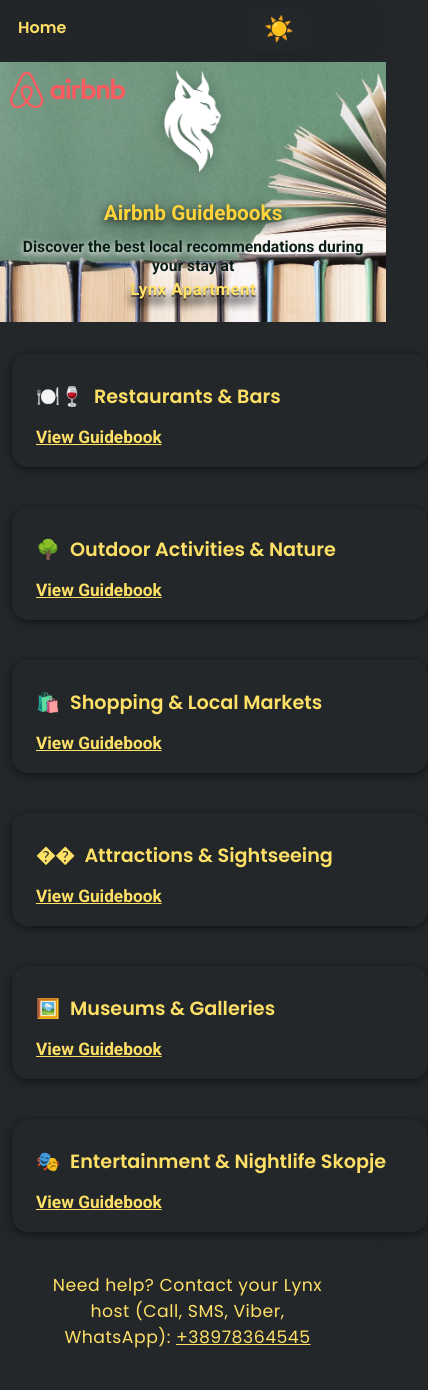
Repository: Z0ck0/Lynx-Apartment-Dashboard
Page: guidebooks.html
These files come from the project's save history. The page is drawn as it stood at one moment and after the next save; the edit follows.
The browser window is 375 px wide. The page is 428 px wide, so the pictures cover 428 px, including what lies to the right of the window. The pictures show the whole page.

Above is the page before, as saved 2025-07-02 13:07:49.

### guidebooks.html
<!DOCTYPE html>
<html lang="en">
  <head>
    <meta charset="UTF-8" />
    <title>Lynx Apartments – Guidebooks</title>
    <meta
      name="viewport"
      content="width=device-width, initial-scale=1.0"
    />
    <link
      href="https://fonts.googleapis.com/css?family=Roboto:400,700&display=swap"
      rel="stylesheet"
    />
    <link
      href="https://fonts.googleapis.com/css?family=Poppins:400,600&display=swap"
      rel="stylesheet"
    />
    <style>
      :root {
        --lynx-blue: #0078d7;
        --lynx-yellow: #ffe066;
        --lynx-bg: #f9f9f9;
        --lynx-dark: #23272a;
        --lynx-card: #fff;
        --lynx-shadow: 0 2px 8px
          rgba(0, 0, 0, 0.08);
        --nav-bg: rgba(30, 32, 34, 0.92);
        --nav-text: #fff;
        --nav-accent: #ffe066;
        --nav-shadow: 0 2px 8px
          rgba(0, 0, 0, 0.12);
        --nav-height: 62px;
        --nav-radius: 16px;
      }
      body {
        font-family: "Roboto", Arial, sans-serif;
        background: var(--lynx-bg);
        color: var(--lynx-dark);
        margin: 0;
        padding: 0;
        min-height: 100vh;
        box-sizing: border-box;
        padding-top: var(--nav-height);
      }
      .header {
        background: var(--lynx-card);
        box-shadow: var(--lynx-shadow);
        padding: 24px 0 12px 0;
        text-align: center;
      }
      .lynx-logo {
        width: 90px;
        margin-bottom: 8px;
      }
      .guidebooks-title {
        font-size: 2rem;
        font-weight: bold;
        color: var(--lynx-yellow);
        margin-top: 12px;
        margin-bottom: 8px;
      }
      .welcome {
        font-family: "Poppins", Arial, sans-serif;
        font-size: 1.25rem;
        font-weight: 600;
        margin-bottom: 6px;
        color: var(--lynx-blue);
      }
      .main-content {
        display: grid;
        grid-template-columns: repeat(3, 1fr);
        gap: 40px 80px;
        margin: 32px auto 0 auto;
        max-width: 1200px;
        padding: 0 12px;
        align-items: flex-start;
      }
      .card {
        background: var(--lynx-card);
        border-radius: 16px;
        box-shadow: var(--lynx-shadow);
        padding: 28px 24px 20px 24px;
        min-width: 320px;
        max-width: 400px;
        width: 100%;
        display: flex;
        flex-direction: column;
        align-items: flex-start;
        position: relative;
        margin-bottom: 0;
      }
      .card-title {
        font-family: "Poppins", Arial, sans-serif;
        font-size: 1.2rem;
        font-weight: 600;
        margin-bottom: 12px;
        display: flex;
        align-items: center;
        gap: 10px;
      }
      .guidebook-link {
        color: var(--lynx-blue);
        font-weight: bold;
        text-decoration: underline;
        font-size: 1.08rem;
        margin-top: 4px;
        transition: color 0.2s;
      }
      .guidebook-link:hover {
        color: var(--lynx-yellow);
      }
      .address-card {
        grid-column: 1 / -1;
        margin-bottom: 24px;
        background: var(--lynx-card);
        border-radius: 16px;
        box-shadow: var(--lynx-shadow);
        padding: 20px 20px 16px 20px;
        font-size: 1.08rem;
        color: var(--lynx-dark);
      }
      body.dark-mode .address-card {
        background: #23272a;
        color: #ffe066;
      }
      .address-text {
        margin-top: 6px;
        line-height: 1.5;
      }
      .footer {
        background: var(--lynx-dark);
        color: var(--lynx-yellow);
        text-align: center;
        padding: 40px 40px 40px 40px;
        font-size: 1.08rem;
        font-family: "Poppins", Arial, sans-serif;
        z-index: 100;
        box-shadow: 0 -2px 8px rgba(0, 0, 0, 0.08);
        letter-spacing: 0.5px;
      }
      #theme-toggle {
        position: absolute;
        top: 8px;
        right: 70px;
        font-size: 1.5rem;
        background: var(--lynx-card);
        color: #222;
        border: 1px solid #ccc;
        border-radius: 8px;
        padding: 6px 10px;
        cursor: pointer;
        z-index: 1000;
        transition: background 0.2s, color 0.2s;
      }
      body.dark-mode #theme-toggle {
        background: #23272a;
        color: #ffe066;
        border-color: #23272a;
      }
      #theme-toggle:hover {
        background: transparent;
      }
      @media (max-width: 900px) {
        .main-content {
          grid-template-columns: 1fr 1fr;
        }
      }
      @media (max-width: 600px) {
        .main-content {
          grid-template-columns: 1fr;
        }
        #theme-toggle {
        #theme-toggle {
          top: 4px;
          right: 34px;
        }
      }
      body.dark-mode {
        background: #23272a;
        color: #f3f3f3;
      }
      body.dark-mode .header,
      body.dark-mode .card {
        background: #23272a;
        color: #f3f3f3;
        box-shadow: 0 2px 8px rgba(0, 0, 0, 0.5);
      }
      body.dark-mode .footer {
        background: #23272a;
        color: #ffe066;
      }
      body.dark-mode .desc,
      body.dark-mode .card-title,
      body.dark-mode .welcome {
        color: #ffe066;
      }
      body.dark-mode .guidebook-link {
        color: #ffe066;
      }
      body.dark-mode .guidebook-link:hover {
        color: #0078d7;
      }
      .hero-section {
        width: 100vw;
        margin: 0;
        padding: 0;
        box-sizing: border-box;
      }
      .hero-bg-full {
        width: 100vw;
        height: 390px;
        margin: 0;
        background: url("public/Book-Banner.jpg")
          center center/cover no-repeat;
        position: relative;
        display: flex;
        align-items: center;
        justify-content: right;
      }
      .hero-overlay-full {
        width: 100vw;
        display: flex;
        flex-direction: column;
        align-items: center;
        justify-content: center;
        text-align: center;
        position: relative;
        z-index: 2;
        padding: 0 16px;
      }
      .hero-logo-full {
        width: 100px;
        margin-bottom: 18px;
        filter: drop-shadow(
          0 2px 8px rgba(0, 0, 0, 0.25)
        );
      }
      .hero-title {
        color: #ffd43b;
        font-size: 2.5rem;
        font-weight: bold;
        text-align: center;
        margin-bottom: 12px;
        text-shadow: 0 4px 12px rgba(0, 0, 0, 0.6),
          0 2px 6px rgba(0, 0, 0, 0.4);
      }
      .hero-subtitle {
        color: #0a1e17;
        font-size: 1.15rem;
        text-align: center;
        font-weight: 600;
        text-shadow: 0 3px 8px
            rgba(255, 255, 255, 0.8),
          0 1px 4px rgba(255, 255, 255, 0.6);
        max-width: 600px;
        margin: 0 auto;
      }
      @media (max-width: 1200px) {
        .hero-bg-full,
        .hero-overlay-full {
          width: 103vw;
        }
      }
      @media (max-width: 600px) {
        .hero-bg-full,
        .hero-overlay-full {
          height: 260px;
        }
        .hero-overlay-full {
          padding: 0 8px;
        }
        .hero-logo-full {
          width: 60px;
          margin-bottom: 10px;
        }
        .hero-title {
          font-size: 1.3rem;
        }
        .hero-subtitle {
          font-size: 0.98rem;
        }
      }
      .lynx-name-emphasized {
        font-size: 1.2rem;
        font-weight: 700;
        color: var(--lynx-yellow);
        margin-top: 4px;
        letter-spacing: 0.5px;
        text-align: center;
        text-shadow: 0 9px 9px rgba(0, 0, 0, 1.7),
          0 2px 1px rgba(0, 0, 0, 0.5);
      }

      @media (max-width: 600px) {
        .lynx-name-emphasized {
          font-size: 1.05rem;
        }
      }
      .airbnb-logo-hero {
        position: absolute;
        top: 24px;
        left: 32px;
        height: 54px;
        width: auto;
        z-index: 10;
        background: none;
        /* box-shadow: 0 2px 8px rgba(0, 0, 0, 0.1); */
      }
      @media (max-width: 600px) {
        .airbnb-logo-hero {
          top: 10px;
          left: 10px;
          height: 36px;
        }
      }
      .card:hover,
      .card:focus-within {
        box-shadow: 0 4px 24px 1px #ffe066cc !important;
        transition: box-shadow 0.18s;
      }
      .navbar {
        position: fixed;
        top: 0;
        left: 0;
        right: 0;
        height: var(--nav-height);
        background: var(--nav-bg);
        color: var(--nav-text);
        display: flex;
        align-items: center;
        justify-content: space-between;
        z-index: 1000;
        box-shadow: var(--nav-shadow);
        padding: 0 24px;
        backdrop-filter: blur(8px);
      }
      .nav-left {
        display: flex;
        align-items: center;
        gap: 18px;
      }
      .nav-logo {
        height: 38px;
        width: auto;
        margin-right: 8px;
      }
      .nav-home {
        background: none;
        border: none;
        color: var(--nav-accent);
        font-size: 1.1rem;
        font-weight: 700;
        font-family: "Poppins", Arial, sans-serif;
        cursor: pointer;
        padding: 6px 16px;
        border-radius: 8px;
        transition: background 0.18s, color 0.18s;
      }
      .nav-home:hover,
      .nav-home:focus {
        background: var(--nav-accent);
        color: #23272a;
        outline: none;
      }
      .nav-right {
        display: flex;
        align-items: center;
        gap: 12px;
      }
      .theme-toggle {
        background: #23272a;
        color: #ffe066;
        border: none;
        border-radius: 8px;
        font-size: 1.5rem;
        padding: 6px 10px;
        cursor: pointer;
        transition: background 0.18s, color 0.18s;
      }
      .theme-toggle:hover,
      .theme-toggle:focus {
        background: #ffe066;
        color: #23272a;
        outline: none;
      }
      @media (max-width: 600px) {
        .navbar {
          padding: 0 8px;
          height: 54px;
        }
        .nav-logo {
          height: 28px;
        }
        .nav-home {
          font-size: 1rem;
          padding: 4px 10px;
        }
        .theme-toggle {
          font-size: 1.2rem;
          padding: 4px 8px;
        }
      }
      body.dark-mode {
        background: #23272a;
        color: #ffe066;
      }
      body.dark-mode .navbar {
        background: rgba(35, 39, 42, 0.98);
        color: #ffe066;
      }
      body.dark-mode .nav-home {
        color: #ffe066;
      }
      body.dark-mode .nav-home:hover,
      body.dark-mode .nav-home:focus {
        background: #ffe066;
        color: #23272a;
      }
      body.dark-mode .theme-toggle {
        background: #ffe066;
        color: #23272a;
      }
      body.dark-mode .theme-toggle:hover,
      body.dark-mode .theme-toggle:focus {
        background: #23272a;
        color: #ffe066;
      }
    </style>
  </head>
  <body>
    <nav class="navbar">
      <div class="nav-left">
        <!-- <img src="public/logo-lynx.png" alt="Lynx Logo" class="nav-logo" /> -->
        <button
          class="nav-home"
          onclick="location.href='home.html'"
        >
          Home
        </button>
      </div>
      <div class="nav-right">
        <button
          class="theme-toggle"
          id="theme-toggle"
          aria-label="Toggle dark mode"
        >
          🌙
        </button>
      </div>
    </nav>
    <section class="hero-section">
      <div class="hero-bg-full">
        <a
          href="https://airbnb.com/h/lynx-apartment"
          target="_blank"
          rel="noopener"
          aria-label="Go to Lynx Apartment Airbnb page"
        >
          <img
            src="public/Airbnb_Logo.png"
            alt="Airbnb Logo"
            class="airbnb-logo-hero"
          />
        </a>
        <div class="hero-overlay-full">
          <img
            src="logo-lynx-dark.png"
            alt="Lynx Logo"
            class="hero-logo-full"
            id="hero-logo"
          />
          <h1 class="hero-title">
            Airbnb Guidebooks
          </h1>
          <p class="hero-subtitle">
            Discover the best local
            recommendations during your stay at
          </p>
          <p class="lynx-name-emphasized">
            Lynx Apartment
          </p>
        </div>
      </div>
    </section>
    <!-- <div class="header">
      <img
        src="logo-lynx.png"
        alt="Lynx Logo"
        class="lynx-logo"
        id="lynx-logo"
      />
      <div
        class="guidebooks-title text-4xl font-bold text-yellow-400 text-center"
        style="
          margin-top: 12px;
          margin-bottom: 8px;
        "
      >
        Lynx Apartment Guidebooks
      </div>
      <div
        class="welcome text-lg text-yellow-300 text-center"
        id="welcome-msg"
        style="margin-bottom: 6px"
      >
        Welcome to Lynx Apartment – Your comfort
        is our priority!
      </div>
    </div> -->
    <div class="main-content">
      <div class="card">
        <div class="card-title">
          <span class="icon">🍽️🍷</span
          >Restaurants & Bars
        </div>
        <a
          class="guidebook-link"
          href="https://www.airbnb.com/s/guidebooks?refinement_paths%5B%5D=%2Fguidebooks%2F6445854&s=67&unique_share_id=17f2527a-9d7d-4f70-a124-94ff42cbb9c2"
          target="_blank"
          >View Guidebook</a
        >
      </div>
      <div class="card">
        <div class="card-title">
          <span class="icon">🌳</span>Outdoor
          Activities & Nature
        </div>
        <a
          class="guidebook-link"
          href="https://www.airbnb.com/s/guidebooks?refinement_paths%5B%5D=%2Fguidebooks%2F6445888&s=67&unique_share_id=bfb07e6f-ed1f-4b67-86dc-74be5a45ed4d"
          target="_blank"
          >View Guidebook</a
        >
      </div>
      <div class="card">
        <div class="card-title">
          <span class="icon">🛍️</span>Shopping &
          Local Markets
        </div>
        <a
          class="guidebook-link"
          href="https://www.airbnb.com/s/guidebooks?refinement_paths%5B%5D=%2Fguidebooks%2F6445904&s=67&unique_share_id=f99bf10b-19ce-4f3c-a555-f81f0760bb7f"
          target="_blank"
          >View Guidebook</a
        >
      </div>
      <div class="card">
        <div class="card-title">
          <span class="icon">��️</span>Attractions
          & Sightseeing
        </div>
        <a
          class="guidebook-link"
          href="https://www.airbnb.com/s/guidebooks?refinement_paths%5B%5D=%2Fguidebooks%2F6445913&s=67&unique_share_id=a69aee32-a072-4f91-ae0d-86b038428fca"
          target="_blank"
          >View Guidebook</a
        >
      </div>
      <div class="card">
        <div class="card-title">
          <span class="icon">🖼️</span>Museums &
          Galleries
        </div>
        <a
          class="guidebook-link"
          href="https://www.airbnb.com/s/guidebooks?refinement_paths%5B%5D=%2Fguidebooks%2F6445919&s=67&unique_share_id=5c0d8f7f-7c7f-495b-ab18-3348941659f6"
          target="_blank"
          >View Guidebook</a
        >
      </div>
      <div class="card">
        <div class="card-title">
          <span class="icon">🎭</span
          >Entertainment & Nightlife Skopje
        </div>
        <a
          class="guidebook-link"
          href="https://www.airbnb.com/s/guidebooks?refinement_paths%5B%5D=%2Fguidebooks%2F6445924&s=67&unique_share_id=0c0fd1e8-504a-42f5-8388-f218fd7fce7e"
          target="_blank"
          >View Guidebook</a
        >
      </div>
    </div>
    <div class="footer" id="footer-contact">
      <span id="footer-msg"
        >Need help? Contact your Lynx host (Call,
        SMS, Viber, WhatsApp):
        <a
          href="tel:+38978364545"
          style="
            color: #ffe066;
            text-decoration: underline;
          "
          >+38978364545</a
        ></span
      >
    </div>
    <script>
      // Theme toggle logic
      const themeToggle = document.getElementById(
        "theme-toggle"
      );
      function setTheme(dark) {
        if (dark) {
          document.body.classList.add(
            "dark-mode"
          );
          themeToggle.textContent = "☀️";
          localStorage.setItem(
            "lynx-theme",
            "dark"
          );
        } else {
          document.body.classList.remove(
            "dark-mode"
          );
          themeToggle.textContent = "🌙";
          localStorage.setItem(
            "lynx-theme",
            "light"
          );
        }
      }
      themeToggle.onclick = function () {
        setTheme(
          !document.body.classList.contains(
            "dark-mode"
          )
        );
      };
      (function () {
        const saved =
          localStorage.getItem("lynx-theme");
        setTheme(saved === "dark" || !saved);
      })();
    </script>
  </body>
</html>

After the next save:
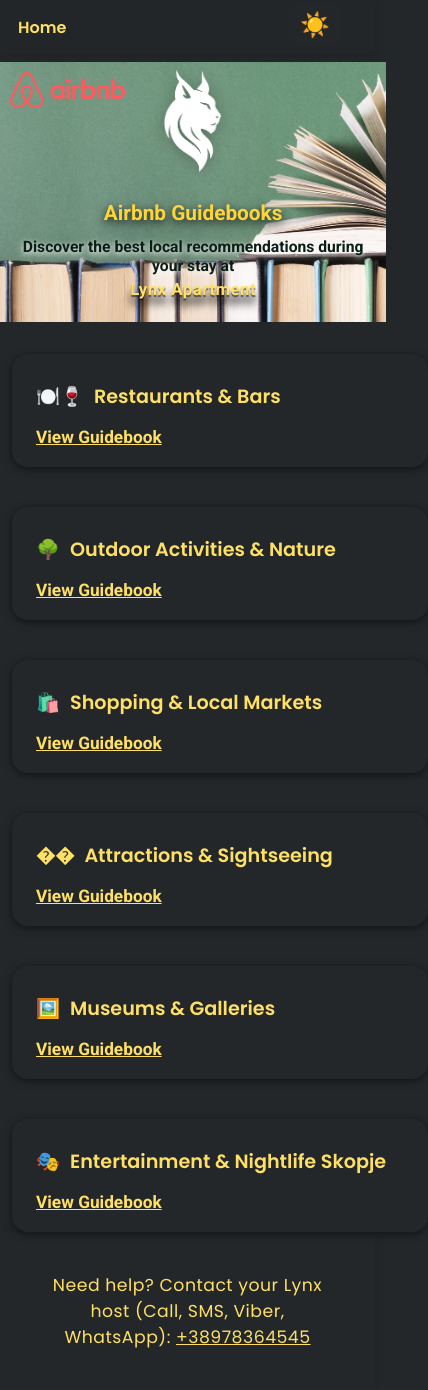
Saved 5 s later.
--- a/guidebooks.html
+++ b/guidebooks.html
@@ -170,7 +170,6 @@
           grid-template-columns: 1fr;
         }
         #theme-toggle {
-        #theme-toggle {
           top: 4px;
           right: 34px;
         }
